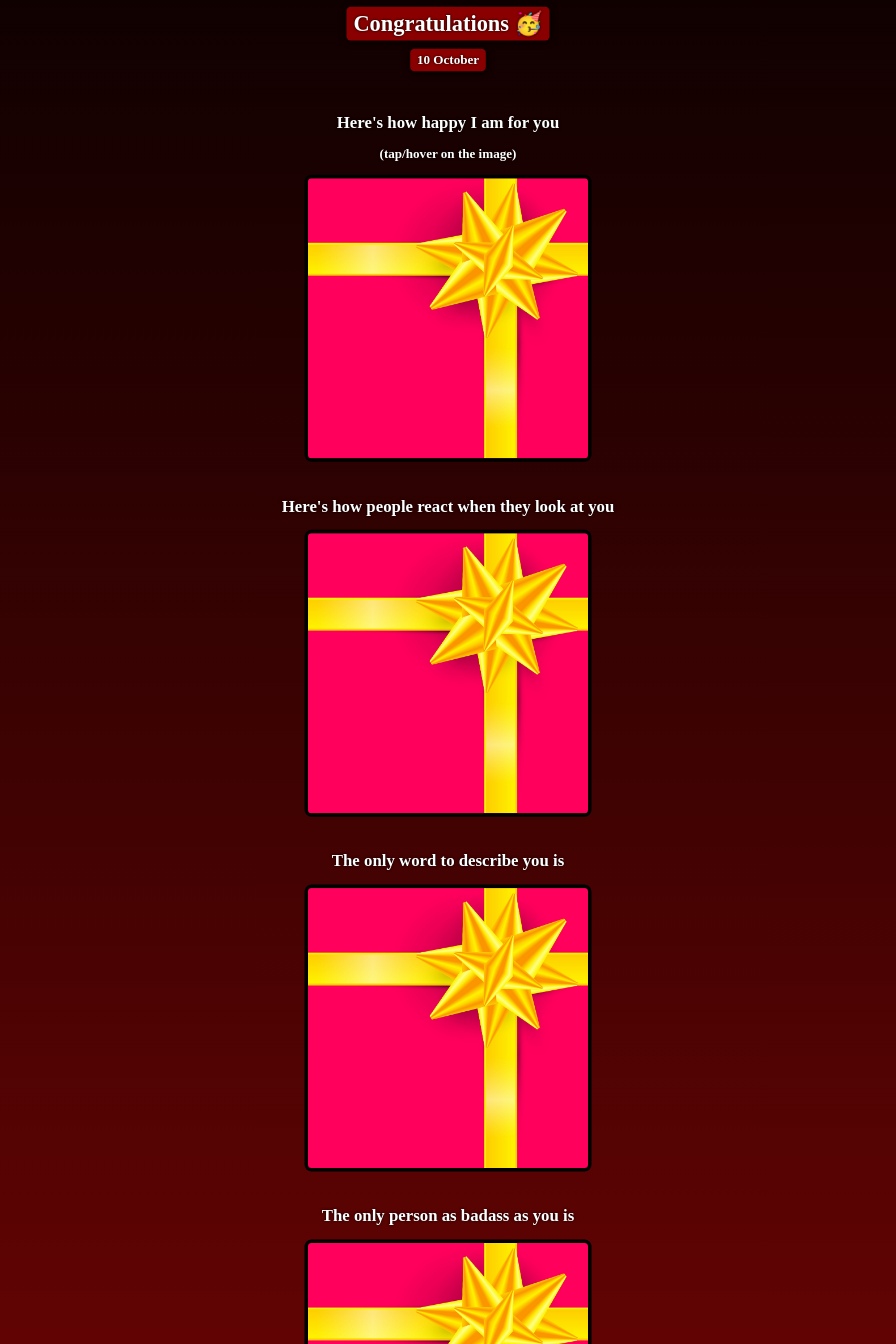
Repository: ravigarg001/birthday
Page: index.html
An editor plug-in stored every save of this project. The page is shown before and after the next save, followed by the edit.
The browser window is 1280 px wide. The pictures show the part of the page from y = 374 to 2294 px (the page is 2912 px tall), at 70% of full size.

Above is the page before, as saved 2022-10-09 14:13:51.

After the next save:
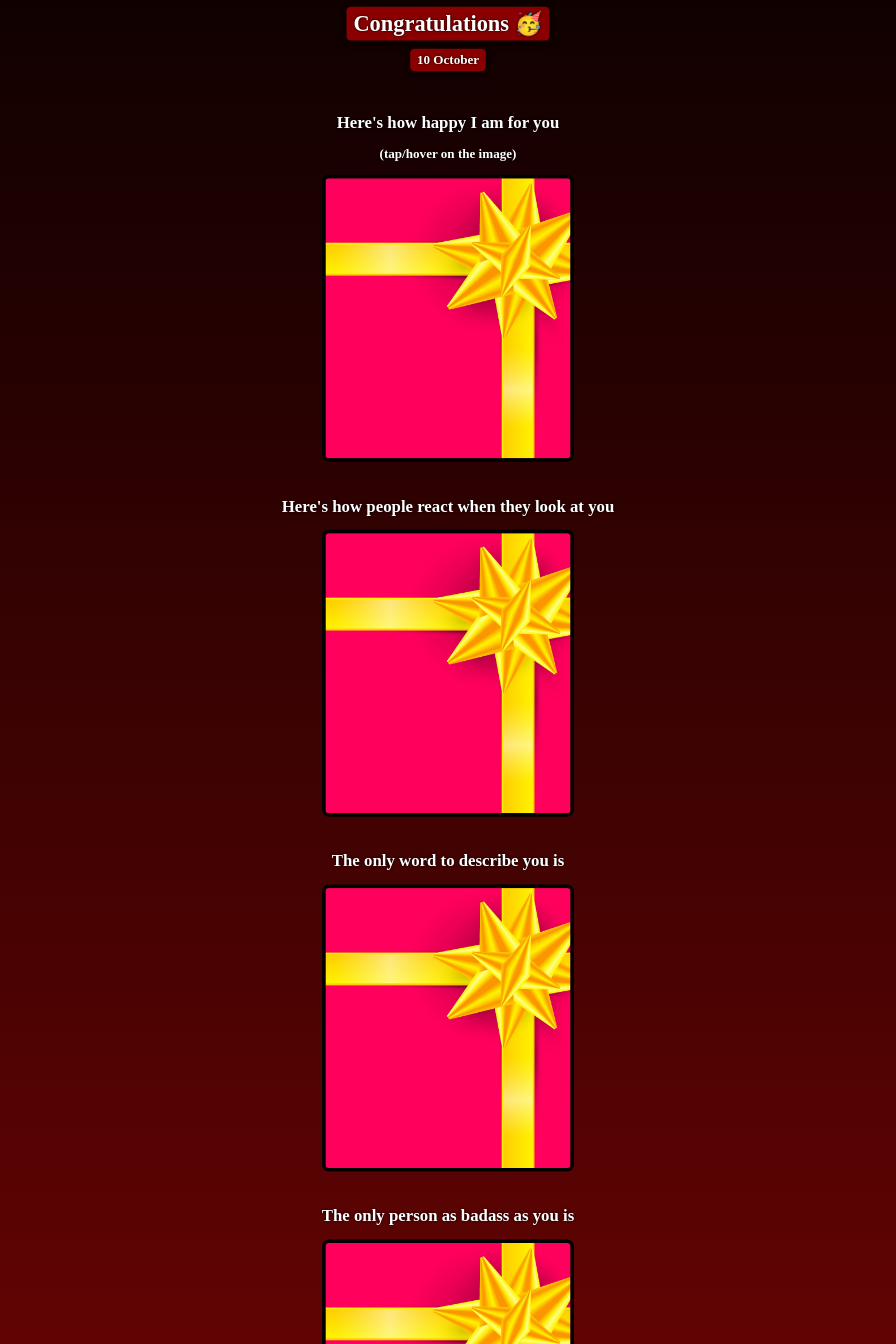
Saved 74 s later.
--- a/style.css
+++ b/style.css
@@ -35,7 +35,7 @@ body{
 }
 
 .gift-img{
-   width: 400px;
+   width: 350px;
    height: 400px;
    border: 5px solid black;
    border-radius: 10px;
